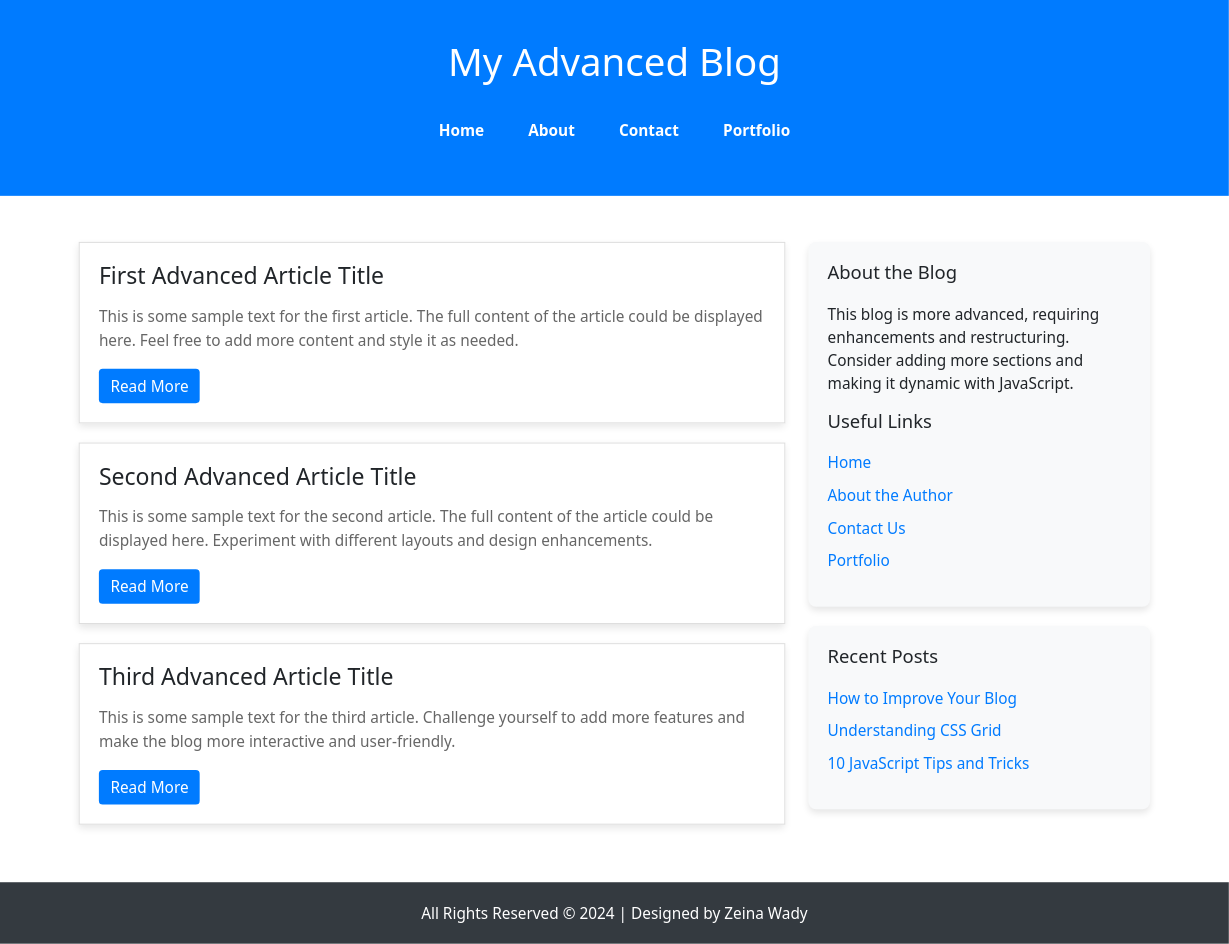
Repository: zeinawady/Blog-Code-Refactoring
Page: index.html
An editor plug-in stored every save of this project. The page is shown before and after the next save, followed by the edit.
The browser window is 1280 px wide. The pictures show the whole page, at 96% of full size.

Above is the page before, as saved 2024-09-23 14:38:33.

After the next save:
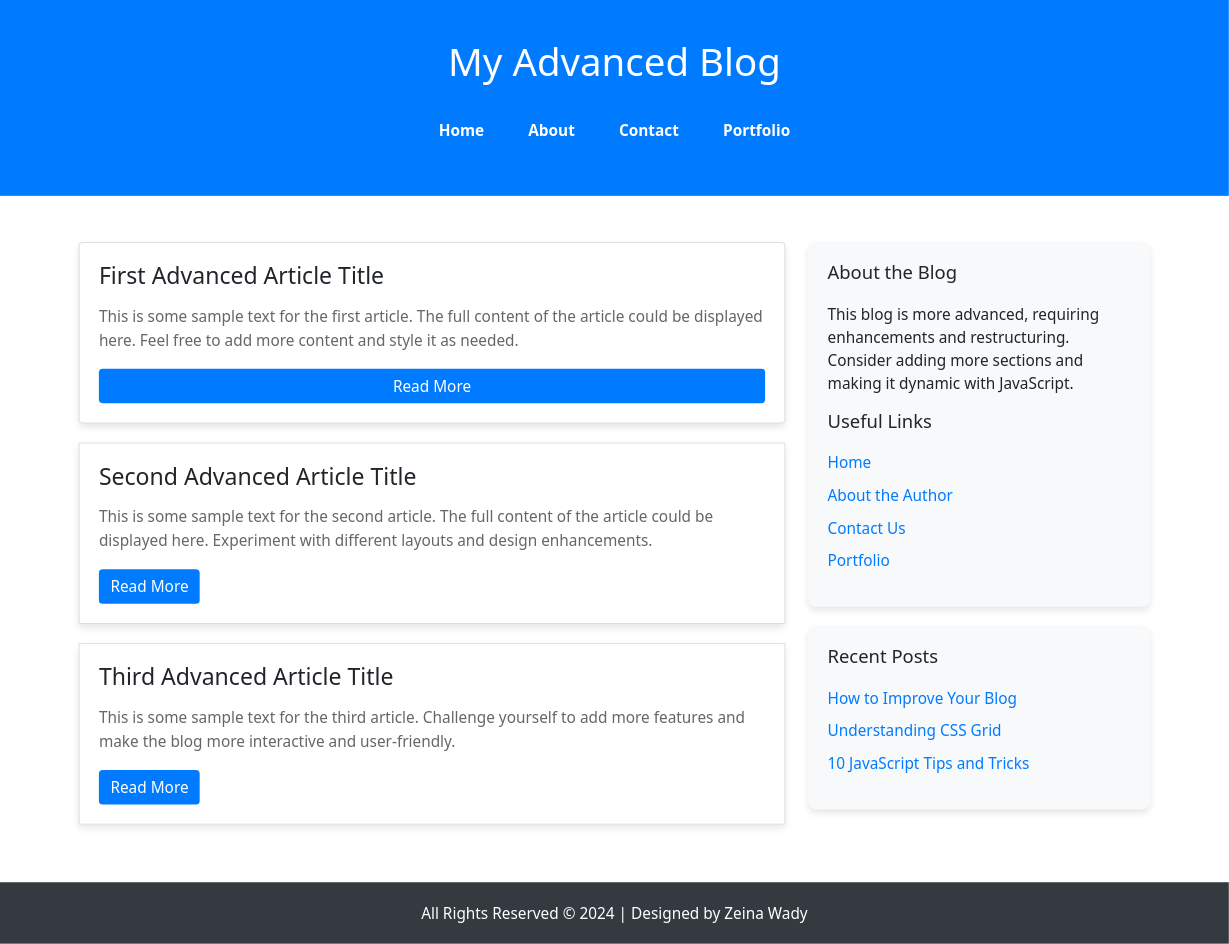
Saved 15 min 3 s later.
--- a/index.html
+++ b/index.html
@@ -36,7 +36,7 @@
     <div class="container mt-5">
       <div class="row">
         <div class="col-lg-8">
-          <article>
+          <article class="card">
             <h2>First Advanced Article Title</h2>
             <p>
               This is some sample text for the first article. The full content
